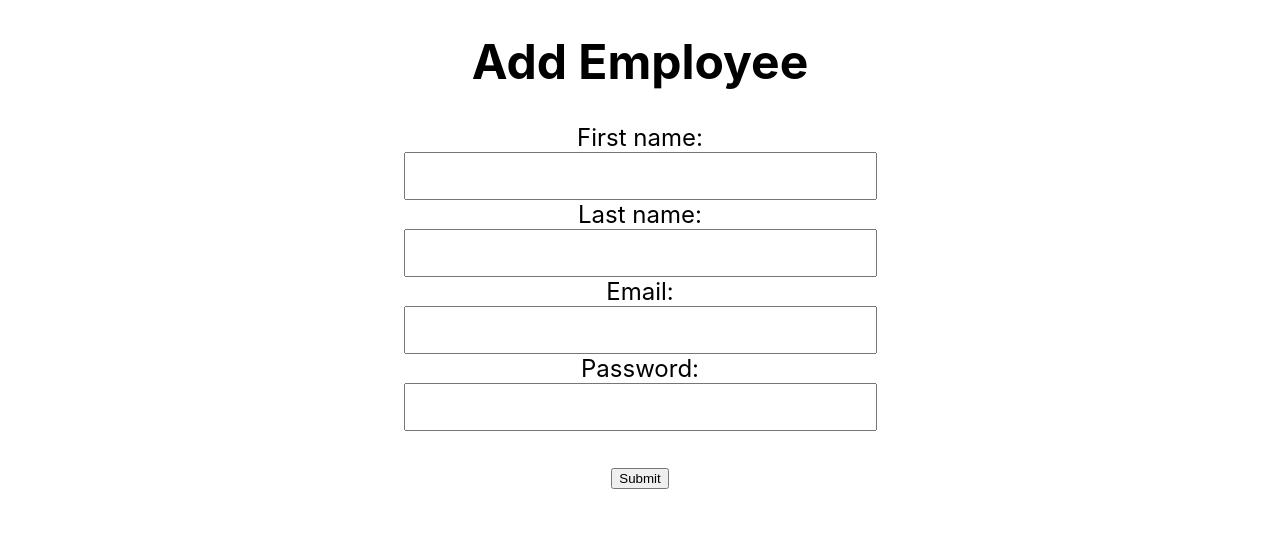
Repository: Biniyamkb/Evangadi-forum
Page: /addemployee (app in demoapp/frontend/)
An editor plug-in stored every save of this project. The page is shown before and after a run of saves, followed by the edit.
The browser window is 1280 px wide. The pictures show the whole page.
The project was rebuilt for these pictures with package versions that can differ from the ones it lists, and the page was loaded fresh each time. Also part of the build but not shown: demoapp/frontend/src/Pages/Home.js, demoapp/frontend/src/Pages/Login.js.

Above is the page before, as saved 2025-05-04 22:11:49.

After the next 3 saves:
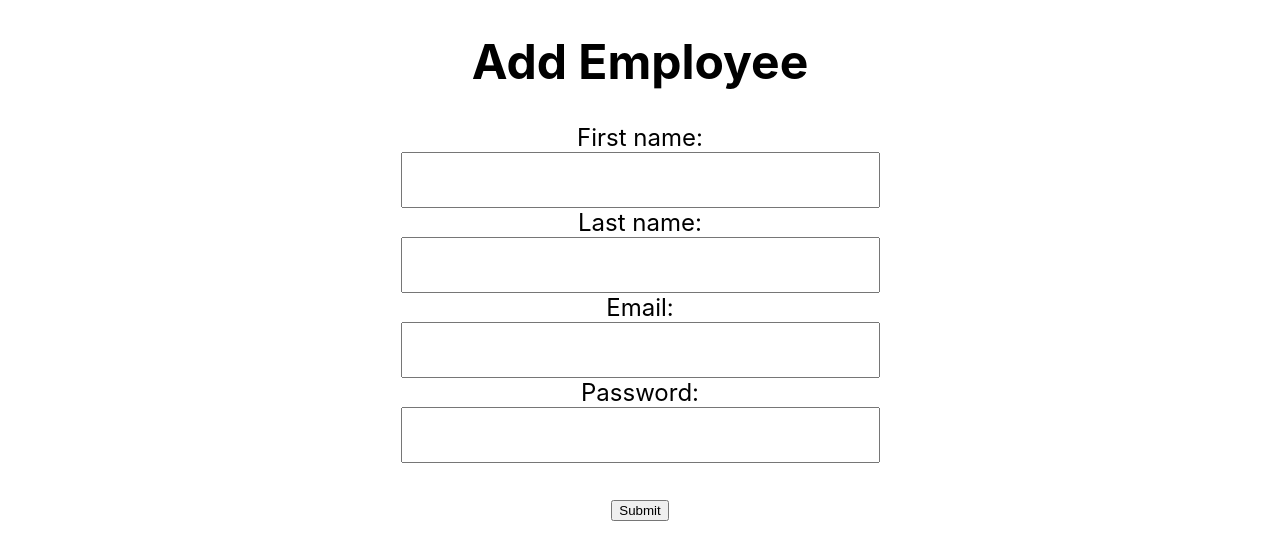
The 3 saves are shown as one change because they came seconds apart.
The last was saved 10 s later.
--- a/demoapp/frontend/src/App.css
+++ b/demoapp/frontend/src/App.css
@@ -5,5 +5,6 @@ body{
 input{
   font-size: 1.5em;
  text-align: left;
- padding: ;
+ padding: 5px;
+ margin-bottom: ;
 }
